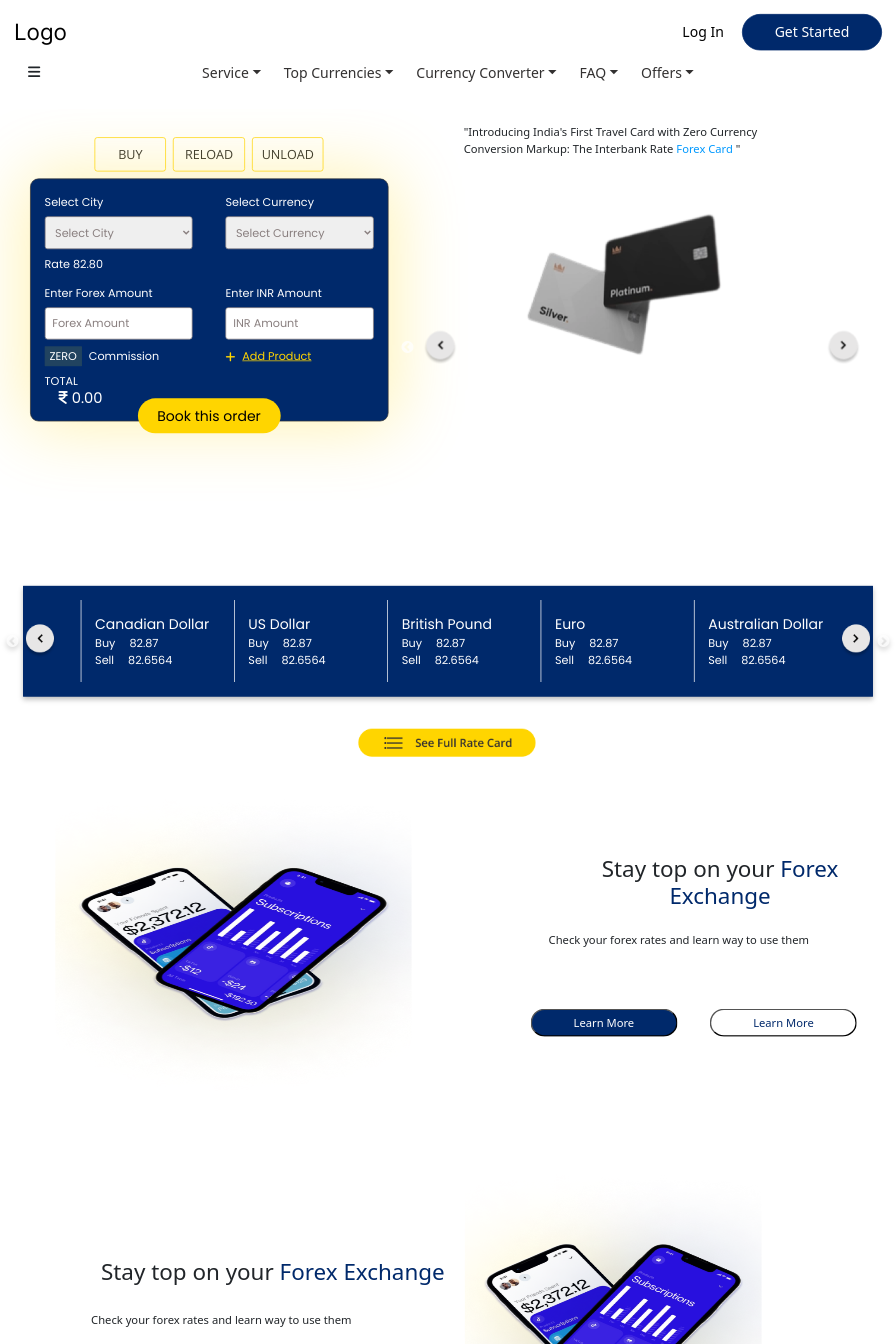
Repository: FlyweisReact/Akshadeep-latest
Page: /
These files come from the project's save history. The page is drawn as it stood at one moment and after the next save; the edit follows.
The browser window is 1280 px wide. The pictures show the part of the page from y = 0 to 1920 px (the page is 4583 px tall before and 4631 px after), at 70% of full size.
Some web libraries are served in a nearby version. The project was rebuilt for these pictures with package versions that can differ from the ones it lists, and the page was loaded fresh each time. Also part of the build but not shown: src/components/exchange.jsx, src/components/order_p1.jsx, src/components/order_p2.jsx, src/components/faas.jsx, src/components/offer.jsx, src/components/main2.jsx, src/components/home.jsx, src/components/slider.jsx and 6 more.

Above is the page before, as saved 2023-05-23 15:33:11.

### public/index.html
<!DOCTYPE html>
<html lang="en">
  <head>
    <meta charset="utf-8" />
    <link rel="icon" href="%PUBLIC_URL%/favicon.ico" />
    <meta name="viewport" content="width=device-width, initial-scale=1" />
    <meta name="theme-color" content="#000000" />
    <meta
      name="description"
      content="Web site created using create-react-app"
    />
    <link rel="apple-touch-icon" href="%PUBLIC_URL%/logo192.png" />

    <link rel="manifest" href="%PUBLIC_URL%/manifest.json" />
    <link rel="stylesheet" href="https://cdnjs.cloudflare.com/ajax/libs/font-awesome/5.15.3/css/all.min.css" />
    <link href="https://cdn.jsdelivr.net/npm/bootstrap@5.3.0-alpha1/dist/css/bootstrap.min.css" rel="stylesheet" integrity="sha384-GLhlTQ8iRABdZLl6O3oVMWSktQOp6b7In1Zl3/Jr59b6EGGoI1aFkw7cmDA6j6gD" crossorigin="anonymous">
    <title>React App</title>
  </head>
  <body>
    <noscript>You need to enable JavaScript to run this app.</noscript>
    <div id="root"></div>
    <script src="https://kit.fontawesome.com/b533b351e4.js" crossorigin="anonymous"></script>
  </body>
</html>

### src/components/Main.jsx
/** @format */

import React from "react";
import Navbar from "./navbar";
import "react-responsive-carousel/lib/styles/carousel.min.css";
import BottomCont from "./bottom_cont";
import Footer from "./footer";
import img from "../Images/a-7.png";
import img4 from "../Images/a-57.png";
import img5 from "../Images/a-58.png";
import UpperForm from "./Component/Index/UpperForm";
import UpperSlider from "./Component/Index/UpperSlider";
import CurrencySlider from "./Component/Index/CurrencySlider";

function Main() {
  return (
    <>
      <Navbar />

      <div  className="upper-two-component">
        <div className="left-component">
          <UpperForm />
        </div>
        <div className="right-component">
          <UpperSlider />
        </div>
      </div>


      <div className="Index-currency_cont">
      <CurrencySlider />
      </div>







      <div className="main-mid-2-cont">
        <img src={img5} alt="" />
      </div>
      <div className="main-2-cont">
        <div className="main-2-left">
          <img src={img} alt="" />
        </div>
        <div className="main-2-right">
          <h2>
            Stay top on your <spam className="sp">Forex Exchange</spam>
          </h2>
          <p>Check your forex rates and learn way to use them</p>
          <div className="main-2-r-btn">
            <button className="main-2l-btn">Learn More</button>
            <button className="main-2r-btn">Learn More</button>
          </div>
        </div>
      </div>
      <div className="main-3-cont">
        <div className="main-3-left">
          <h2>
            Stay top on your <spam className="sp">Forex Exchange</spam>
          </h2>
          <p>Check your forex rates and learn way to use them</p>
          <div className="main-2-r-btn">
            <button className="main-2l-btn">Learn More</button>
            <button className="main-2r-btn">Learn More</button>
          </div>
        </div>
        <div className="main-3-right">
          <img src={img} alt="" />
        </div>
      </div>
      <BottomCont />
      <Footer />
    </>
  );
}

export default Main;

### src/Style/Header.css
/** @format */

.Sticky-Header-Companent {
  height: 100%;
  background-color: var(--white);
  position: sticky;
  top: 0;
  z-index: 999;
  padding: 20px;
  transition: box-shadow 0.3s ease;
}

.scrolled {
  box-shadow: rgba(0, 0, 0, 0.24) 0px 3px 8px;
}

.Header {
  width: 100%;
  display: flex;
  justify-content: space-between;
  align-items: center;
}

.Header .left-component a {
  font-family: InterFont;
  font-size: 2rem;
  color: #000000;
  cursor: pointer;
  text-decoration: none;
}

.Header .right-component {
  display: flex;
  gap: 20px;
}
.Header .right-component .btn1 {
  font-weight: 500;
  font-size: var(--medium-font);
  color: var(--black);
  background-color: transparent;
  border: none;
}
.Header .right-component .btn2 {
  font-size: var(--medium-font);
  color: var(--white);
  background-color : #00296B;
  border: 1px solid #00296B;
  padding: 10px;
  width: 200px;
  border-radius: var(--half-border);
}

/* Category Drop- Down */
.Drop-Category-Bar {
  display: flex;
  align-items: center;
}
.Drop-Category-Bar .left-container {
  width: 20%;
  padding: 20px;
}

.Drop-Category-Bar .right-Container {
  display: flex;
  width: 60%;
  justify-content: space-evenly;
}

.Drop-Category-Bar .left-container i {
  font-size: var(--medium-font);
  cursor: pointer;
}
.Drop-Category-Bar .right-Container #dropdown-basic {
  border: none;
  font-size: var(--medium-font);
  font-style: normal;
  line-height: 29px;
  color: #333131;
}
.Drop-Category-Bar .right-Container #dropdown-button-drop-end {
  width: 100%;
  display: flex;
  justify-content: space-between;
  gap: 20px;
  align-items: center;
  font-size: var(--small-font);
  border: none;
}
.Drop-Category-Bar .right-Container .dropdown-item {
  width: 100%;
  font-size: var(--small-font);
  border: none;
  padding-left: 12px;
}

/* FullScreen Offcanvas */
.offcanvas.offcanvas-start {
  width: 100% !important;
  background-color: transparent;
}
.offcanvas-backdrop.show {
  opacity: 0.9 !important;
}
.Offcanvas-Menu {
  position: relative;
  padding: 20px;
}
.Offcanvas-Menu .fa-x {
  font-size: var(--medium-font);
  color: #fff;
  position: absolute;
  right: 20px;
  top: 20px;
  cursor: pointer;
}
.Offcanvas-Menu .Menu-Items {
  display: flex;
  justify-content: space-evenly;
  align-items: center;
  position: absolute;
  top: 50%;
  gap: 20px;
  left: 50%;
  transform: translate(-50%, -50%);
  width: 100%;
  padding-left: 5%;
  padding-right: 5%;
}
.Offcanvas-Menu .Menu-Items div {
  width: 20%;
  cursor: pointer;
}
.Offcanvas-Menu .Menu-Items div img {
  display: block;
  margin: auto;
}
.Offcanvas-Menu .Menu-Items div a {
  text-decoration: none;
}
.Offcanvas-Menu .Menu-Items p {
  font-size: var(--medium-font);
  color: #ffffff;
  text-align: center;
  margin-top: 10px;
  font-family: OpenFont;
  text-decoration: none;
  width: 100%;
}

### src/Style/Layout.css
/* Two Section Component */
.upper-two-component {
    display: flex;
    justify-content: space-evenly;
    padding-top: 20px;
}
.upper-two-component .left-component{
    width: 40%;
}
.upper-two-component .right-component{
    width: 50%;
}

/* Currency Container */
.Index-currency_cont{
    width: 98%;
    margin: auto;
    padding: 20px;
    filter: drop-shadow(0px 4px 4px rgba(0, 0, 0, 0.25));
}

### src/components/navbar.jsx
import Header from "./Layout/Header";

const Navbar = () => {
  return (
    <>
      <Header />

    </>
  );
};

export default Navbar;

### src/components/bottom_cont.jsx
import React from "react";
import img from "../Images/a-33.png";
import img2 from "../Images/a-34.png";
import img3 from "../Images/a-35.png";
import img4 from "../Images/a-36.png";
import img5 from "../Images/a-37.png";
import img6 from "../Images/a-51.png";

const BotCont = () => {
  return (
    <>
      <div className="bot-part-1">
        <div className="bot-cont-imgs">
          <div>
            <img src={img} />
            <h6>USD 1 Billion+</h6>
            <p>Exchanged so far</p>
          </div>
          <div>
            <img src={img2} />
            <h6>3,00,000+</h6>
            <p>Happy Customers</p>
          </div>
          <div>
            <img src={img3} />
            <h6>5000+</h6>
            <p>Banks and Money Exchangers</p>
          </div>
        </div>
      </div>
      <div className="bot-part-3">
        <img src={img6} />
      </div>
      <div className="bot-part-2">
        <h3>Media Mentions</h3>
        <div className="bot-part-2-sub">
          <div className="bot-cont-card">
            <h4>Loren Ipsum Id best Platform out there</h4>
            <p>
              Lorem Ipsum is simply dummy text of the printing and typesetting
              industry. Lorem Ipsum has been the industry's standard dummy text
              ever since the 1500s, when an unknown printer took a galley of
              type and scrambled it to make a type specimen book.
            </p>
            <div className="thin-line"></div>
            <div className="bot-cont-card-2">
              <img src={img4} />
              <p>5 star</p>
            </div>
          </div>
          <div className="bot-cont-card">
            <h4>Loren Ipsum Id best Platform out there</h4>
            <p>
              Lorem Ipsum is simply dummy text of the printing and typesetting
              industry. Lorem Ipsum has been the industry's standard dummy text
              ever since the 1500s, when an unknown printer took a galley of
              type and scrambled it to make a type specimen book.
            </p>
            <div className="thin-line"></div>
            <div className="bot-cont-card-2">
              <img src={img5} style={{height:"40px"}} />
              <p>5 star</p>
            </div>
          </div>
        </div>
      </div>
    </>
  );
};

export default BotCont;

### src/components/footer.jsx
import React from "react";

const Footer = () => {
  return (
    <footer className="footer">
      <div className="footer-cont">
        <div className="foot-row">
          <div className="foot-col">
            <h3>Company</h3>
            <p>About Us</p>
            <p>Contact Us</p>
            <p>Careers</p>
          </div>
          <div className="foot-col">
            <h3>Services</h3>
            <p>Prepaid Travel Card</p>
            <p>Foreign Demand Draft</p>
            <p>Foreign Currency</p>
            <p>Educational Loans</p>
            <p>Remmittance</p>
            <p>Travel Insurance</p>
            <p>Forex as a Service (Faas Solution)</p>
          </div>
          <div className="foot-col">
            <h3>Quick Links</h3>
            <p>FAQs</p>
            <p>Cancellation & Refund Policy</p>
            <p>Forex Rates</p>
            <p>Our Policies</p>
            <p>Terms of Use</p>
            <p>Site Map</p>
            <p>Offers</p>
          </div>
          <div className="foot-col">
            <h3>Insight</h3>
            <p>Blogs</p>
            <p>Press Release</p>
            <p>Foreign Currency</p>
            <p>Educational Loans</p>
            <p>Remmittance</p>
            <p>Travel Insurance</p>
            <p>Forex as a Service (Faas Solution)</p>
          </div>
          <div className="foot-col">
            <h3>Registered Office Address</h3>
            <p>Lorem Ipsum Pvt ltd.</p>
            <p>P-701 to P-705 lorem ipsum , 7th floor, 11th tower, panchsheel primerose, vatista
                , Gurugram, Hariyana
            </p>
            {/*<ul className="social-icons">
              <li>
                <a href="#">
                  <i className="fab fa-facebook-f"></i>
                </a>
              </li>
              <li>
                <a href="#">
                  <i className="fab fa-twitter"></i>
                </a>
              </li>
              <li>
                <a href="#">
                  <i className="fab fa-linkedin"></i>
                </a>
              </li>
              <li>
                <a href="#">
                  <i className="fab fa-instagram"></i>
                </a>
              </li>
            </ul>*/}
          </div>
        </div>
      </div>
      <div className="footer-bottom">
        <p>&copy; 2023 Forex Inc. All Rights Reserved.</p>
      </div>
    </footer>
  );
};

export default Footer;

### src/components/Component/Index/UpperSlider.js
/** @format */
import { useRef } from "react";
import Slider from "react-slick";
import "slick-carousel/slick/slick.css";
import "slick-carousel/slick/slick-theme.css";
import img from "../../../Images/9.png";
import img1 from "../../../Images/10.png";
import img2 from "../../../Images/11.png";
import img4 from "../../../Images/12.png";
import img5 from "../../../Images/13.png";
import img6 from "../../../Images/14.png";

const UpperSlider = () => {
  const sliderRef = useRef(null);
  const settings = {
    dots: false,
    infinite: true,
    speed: 500,
    slidesToShow: 1,
    slidesToScroll: 1,
    autoplay: true,
    autoplaySpeed: 1500,
  };

  const nextSlide = () => {
    sliderRef.current.slickNext();
  };

  const prevSlide = () => {
    sliderRef.current.slickPrev();
  };

  return (
    <>
      <div className="slick-slider-Cont">
        <Slider {...settings} ref={sliderRef} className="Slick-Slider_upper">
          <div className="slider-container-div">
            <p>
              "Introducing India's First Travel Card with Zero Currency <br />{" "}
              Conversion Markup: The Interbank Rate{" "}
              <span style={{ color: "#0099ff" }}>Forex Card</span> "
            </p>
            <img src={img} alt="" />
          </div>

          <div className="slider-container-div">
            <p>
              Travel Abroad <br /> Pay Like in India
            </p>
            <div className="two-comp">
              <div className="left-comp">
                <img src={img1} alt="" />
              </div>
              <div className="right-comp">
                <div>
                  <i class="fa-solid fa-check"></i>
                  <p>
                    Horem ipsum dolor sit amet, consectetur <br />
                    adipiscing elit.
                  </p>
                </div>
                <div>
                  <i class="fa-solid fa-check"></i>
                  <p>
                    Horem ipsum dolor sit amet, consectetur <br />
                    adipiscing elit.
                  </p>
                </div>
                <div>
                  <i class="fa-solid fa-check"></i>
                  <p>
                    Horem ipsum dolor sit amet, consectetur <br />
                    adipiscing elit.
                  </p>
                </div>
                <div>
                  <i class="fa-solid fa-check"></i>
                  <p>
                    Horem ipsum dolor sit amet, consectetur <br />
                    adipiscing elit.
                  </p>
                </div>
              </div>
            </div>
          </div>

          <div className="slider-container-div">
            <p>
              Loren Epsom student offer is <br />
              Now Live
            </p>
            <div className="two-comp">
              <div className="left-comp">
                <img src={img2} alt="" />
              </div>
              <div className="right-comp">
                <div>
                  <i class="fa-solid fa-check"></i>
                  <p>
                    Horem ipsum dolor sit amet, consectetur <br />
                    adipiscing elit.
                  </p>
                </div>
                <div>
                  <i class="fa-solid fa-check"></i>
                  <p>
                    Horem ipsum dolor sit amet, consectetur <br />
                    adipiscing elit.
                  </p>
                </div>
                <div>
                  <i class="fa-solid fa-check"></i>
                  <p>
                    Horem ipsum dolor sit amet, consectetur <br />
                    adipiscing elit.
                  </p>
                </div>
                <div>
                  <i class="fa-solid fa-check"></i>
                  <p>
                    Horem ipsum dolor sit amet, consectetur <br />
                    adipiscing elit.
                  </p>
                </div>
              </div>
            </div>
          </div>

          <div className="slider-container-div">
            <p>
              Buy & Sell foreign currencyp notes online at best <br />
              rates with loren Ipsom
            </p>
            <div className="two-comp">
              <div className="left-comp">
                <img src={img4} alt="" />
              </div>
              <div className="right-comp">
                <div>
                  <i class="fa-solid fa-check"></i>
                  <p>
                    Horem ipsum dolor sit amet, consectetur <br />
                    adipiscing elit.
                  </p>
                </div>
                <div>
                  <i class="fa-solid fa-check"></i>
                  <p>
                    Horem ipsum dolor sit amet, consectetur <br />
                    adipiscing elit.
                  </p>
                </div>
                <div>
                  <i class="fa-solid fa-check"></i>
                  <p>
                    Horem ipsum dolor sit amet, consectetur <br />
                    adipiscing elit.
                  </p>
                </div>
                <div>
                  <i class="fa-solid fa-check"></i>
                  <p>
                    Horem ipsum dolor sit amet, consectetur <br />
                    adipiscing elit.
                  </p>
                </div>
              </div>
            </div>
          </div>
        </Slider>
        <div className="Prev-Next_cont">
        <img src={img5} onClick={prevSlide} className='PrevImg' alt='' />
      <img src={img6} onClick={nextSlide} className='NextImg' alt='' />
        </div>
      </div>
    </>
  );
};

export default UpperSlider;

### src/components/signup.jsx
import Button from "react-bootstrap/Button";
import Modal from "react-bootstrap/Modal";

function MyVerticallyCenteredModal(props) {
  return (
    <Modal
      {...props}
      size="lg"
      aria-labelledby="contained-modal-title-vcenter"
      centered
    >
      <Modal.Body>
        <div className="popupe-container">
          <div className="popupe">
            <span className="close" onClick={props.onHide}>
              &times;
            </span>
            <h2 className="form-title">Register</h2>
            <form>
              <div class="form-groupe">
                <label for="name" className="label-inp">Name</label>
                <input type="text" id="name" name="name" placeholder="Enter your name here" />
              </div>
              <div class="form-groupe">
                <label for="mobile" className="label-inp">Mobile Number</label>
                <input type="email" id="email" name="email" placeholder="Enter your mobile no here"/>
              </div>
              <div class="form-groupe">
                <label for="email" className="label-inp">Email</label>
                <input type="email" id="email" name="email" placeholder="Enter your email here"/>
              </div>
              <button type="submit" className="btn-form-submit">Submit</button>
            </form>
            <h2 className="form-title">Or</h2>
            <div className="form-bot-cont">
              <div className="left-btn">
                  <button className="btn-2">
                  <i class="fab fa-facebook-f fc" ></i>
                  facebook</button>
              </div>
              <div className="right-btn">
                  <button className="btn-2">
                  <i class="fab fa-google-plus-g gl"></i>
                    Google</button>
              </div>
            </div>
            </div>
          </div>
      </Modal.Body>
    </Modal>
  );
}

export default MyVerticallyCenteredModal;

### src/components/login.jsx

import Modal from "react-bootstrap/Modal";

function MyVerticallyCenteredModal(props) {
  return (
    <Modal
      {...props}
      size="lg"
      aria-labelledby="contained-modal-title-vcenter"
      centered
    >
      <Modal.Body>
        <div className="popupe-container">
          <div className="popupe">
            <span className="close" onClick={props.onHide}>
              &times;
            </span>
            <h2 className="form-title">Login</h2>
            <form>
              <div class="form-groupe">
                <label for="name" className="label-inp">Mobile Number/ Email Id</label>
                <input type="text" id="name" name="name" placeholder="Enter mobile number/ email Id" />
              </div>
              <button type="submit" className="btn-form-submit">Submit</button>
            </form>
            </div>
            <h2 className="form-title">Or</h2>
            <div className="form-bot-cont">
              <div className="left-btn">
                  <button className="btn-2">
                  <i class="fab fa-facebook-f fc" ></i>
                  facebook</button>
              </div>
              <div className="right-btn">
                  <button className="btn-2">
                  <i class="fab fa-google-plus-g gl"></i>
                    Google</button>
              </div>
            </div>
          </div>
      </Modal.Body>
    </Modal>
  );
}

export default MyVerticallyCenteredModal;

Loaded but not shown: src/Json/menu.json (187 lines, source omitted); src/components/Component/Index/CurrencySlider.js (162 lines, source omitted); src/components/Component/Index/UpperForm.js (74 lines, source omitted); src/components/Layout/DropBar.js (60 lines, source omitted); src/components/Layout/Sidebar.js (70 lines, source omitted); src/App.js (50 lines, source omitted); src/components/Layout/Header.js (56 lines, source omitted); src/index.js (13 lines, source omitted); src/index.css (2406 lines, source omitted); src/Style/Component.css (280 lines, source omitted)

After the next save:
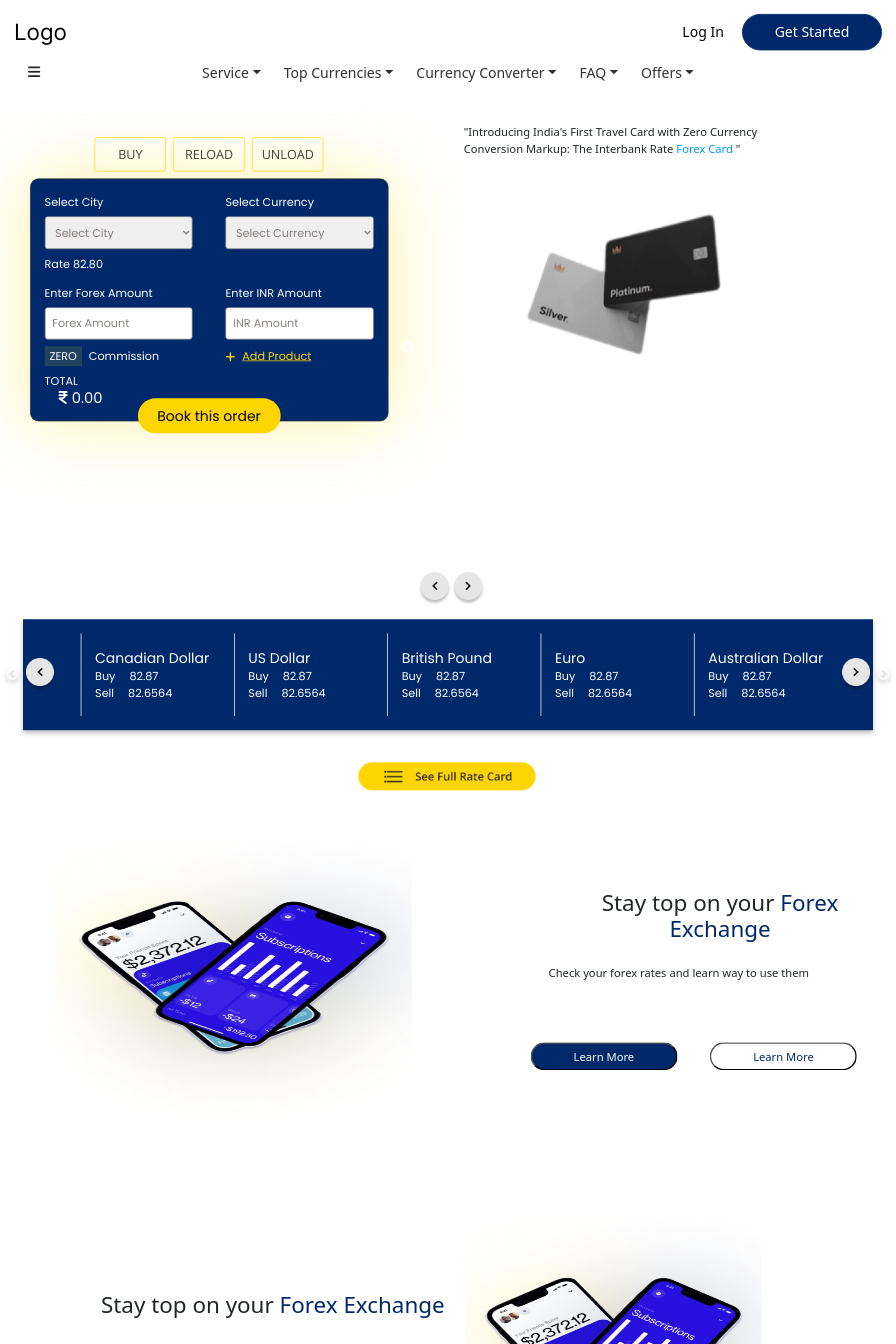
Saved 5 s later.
--- a/src/components/Component/Index/UpperSlider.js
+++ b/src/components/Component/Index/UpperSlider.js
@@ -32,7 +32,7 @@ const UpperSlider = () => {
 
   return (
     <>
-      <div className="slick-slider-Cont">
+      <div className="slick-slider-Cont_upper">
         <Slider {...settings} ref={sliderRef} className="Slick-Slider_upper">
           <div className="slider-container-div">
             <p>
